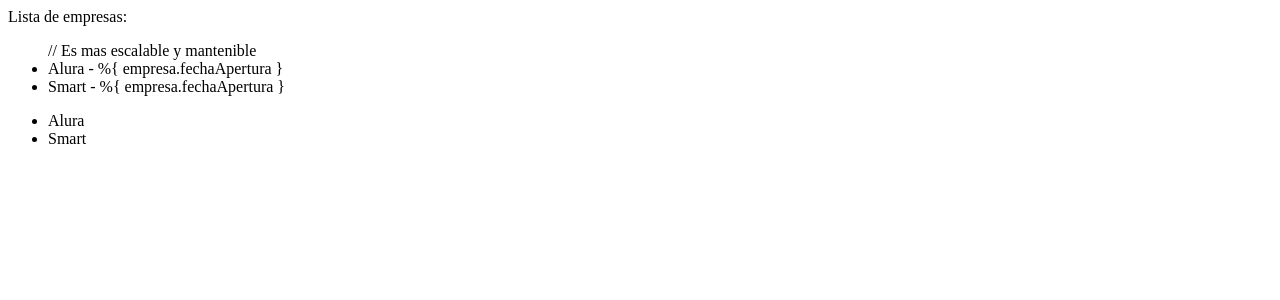
Repository: vtorres65/Crud_Servlet
Page: http://localhost/gerenciador/listaEmpresas
These files come from the project's save history. The page is drawn as it stood at one moment and after the next save; the edit follows.
The browser window is 1280 px wide. The pictures show the whole page.
The page is served by Tomcat 10. Other server files are loaded and not shown.

Above is the page before, as saved 2023-05-04 01:54:14.

### gerenciador/src/main/webapp/listaEmpresas.jsp
<%@page import="com.alura.gerenciador.servlet.Empresa"%>
<%@page import="java.util.List"%>
<%@ page language="java" contentType="text/html; charset=ISO-8859-1"
    pageEncoding="ISO-8859-1"%>
<%@ taglib uri="http://java.sun.com/jsp/jstl/core" prefix="c"%>
<!DOCTYPE html>
<html>
<head>
<meta charset="ISO-8859-1">
<title>Java Standard Taglib</title>
</head>
<body>
	Lista de empresas: <br />

	<ul>
		// Es mas escalable y mantenible
		<c:forEach items="${empresas}" var="empresa">
			<li>${ empresa.nombre } - %{ empresa.fechaApertura }</li>
		</c:forEach>

	</ul>

	<ul>
		<% // No es escalable
			List<Empresa> lista = (List<Empresa>)request.getAttribute("empresas"); //${empresas}
			for (Empresa empresa : lista) {
		%>
			<li><%= empresa.getNombre()%></li>
		<%
			}
		%>

	</ul>

</body>
</html>

### gerenciador/src/main/java/com/alura/gerenciador/servlet/ListaEmpresasServlet.java
package com.alura.gerenciador.servlet;

import jakarta.servlet.RequestDispatcher;
import jakarta.servlet.ServletException;
import jakarta.servlet.annotation.WebServlet;
import jakarta.servlet.http.HttpServlet;
import jakarta.servlet.http.HttpServletRequest;
import jakarta.servlet.http.HttpServletResponse;
import java.io.IOException;
import java.io.PrintWriter;
import java.util.List;

public class ListaEmpresasServlet extends HttpServlet {
	private static final long serialVersionUID = 1L;

	protected void doGet(HttpServletRequest request, HttpServletResponse response) throws ServletException, IOException {

		Db baseDeDatos = new Db();
		List<Empresa> listaEmpresas = baseDeDatos.getEmpresas();

		request.setAttribute("empresas", listaEmpresas);

		RequestDispatcher rd = request.getRequestDispatcher("/listaEmpresas.jsp");
		rd.forward(request, response);
	}

}

### gerenciador/src/main/java/com/alura/gerenciador/servlet/Db.java
package com.alura.gerenciador.servlet;

import java.util.ArrayList;
import java.util.List;

public class Db {

	private static List<Empresa> listaEmpresas = new ArrayList<>();

	static {
		Empresa empresa = new Empresa();
		empresa.setNombre("Alura");
		Empresa empresa2 = new Empresa();
		empresa2.setNombre("Smart");

		listaEmpresas.add(empresa);
		listaEmpresas.add(empresa2);
	}

	public void agregarEmpresa(Empresa empresa) {
		Db.listaEmpresas.add(empresa);
	}

	public List<Empresa> getEmpresas(){
		return Db.listaEmpresas;
	}
}

### gerenciador/src/main/java/com/alura/gerenciador/servlet/Empresa.java
package com.alura.gerenciador.servlet;

import java.util.Date;

public class Empresa {

	private Integer id;
	private String nombre;
	private Date fechaApertura = new Date();

	public Integer getId() {
		return id;
	}
	public void setId(Integer id) {
		this.id = id;
	}
	public String getNombre() {
		return nombre;
	}
	public void setNombre(String nombre) {
		this.nombre = nombre;
	}
	public Date getFechaApertura() {
		return fechaApertura;
	}
	public void setFechaApertura(Date fechaApertura) {
		this.fechaApertura = fechaApertura;
	}


}

After the next save:
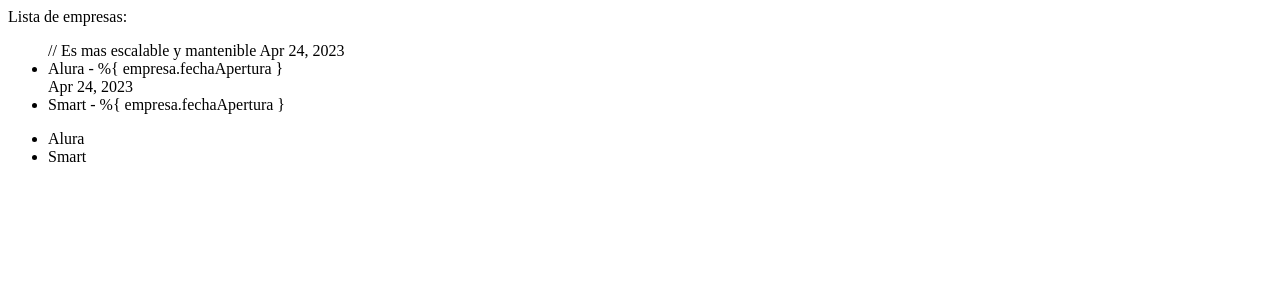
Saved 2 min 13 s later.
--- a/gerenciador/src/main/webapp/listaEmpresas.jsp
+++ b/gerenciador/src/main/webapp/listaEmpresas.jsp
@@ -3,6 +3,7 @@
 <%@ page language="java" contentType="text/html; charset=ISO-8859-1"
     pageEncoding="ISO-8859-1"%>
 <%@ taglib uri="http://java.sun.com/jsp/jstl/core" prefix="c"%>
+<%@ taglib uri="http://java.sun.com/jsp/jstl/fmt" prefix="fmt"%>
 <!DOCTYPE html>
 <html>
 <head>
@@ -15,6 +16,7 @@
 	<ul>
 		// Es mas escalable y mantenible
 		<c:forEach items="${empresas}" var="empresa">
+			<fmt:formatDate value="${ empresa.fechaApertura }"/>
 			<li>${ empresa.nombre } - %{ empresa.fechaApertura }</li>
 		</c:forEach>
 
